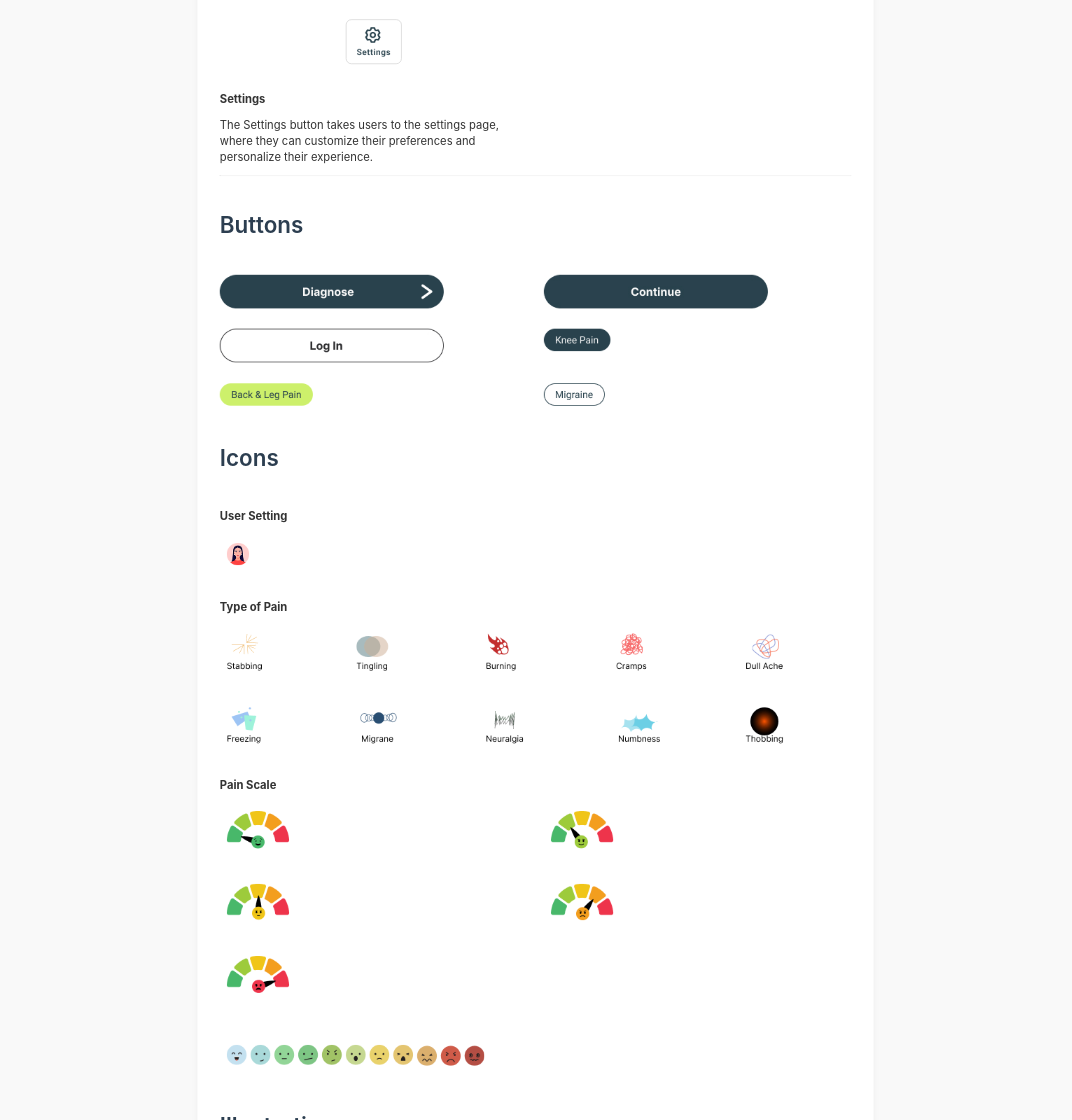
Repository: rosielee09/Heal_U
Page: graphics.html
The author's editor kept a copy of each file at every save. The page is drawn from the files as they stood at one save, then again after the next save.
The browser window is 1280 px wide. The page is 1532 px wide, so the pictures cover 1532 px, including what lies to the right of the window. The pictures show the part of the page from y = 782 to 2382 px (the page is 4514 px tall before and 4515 px after), at 70% of full size.

Above is the page before, as saved 2025-04-06 10:55:17.

After the next save:
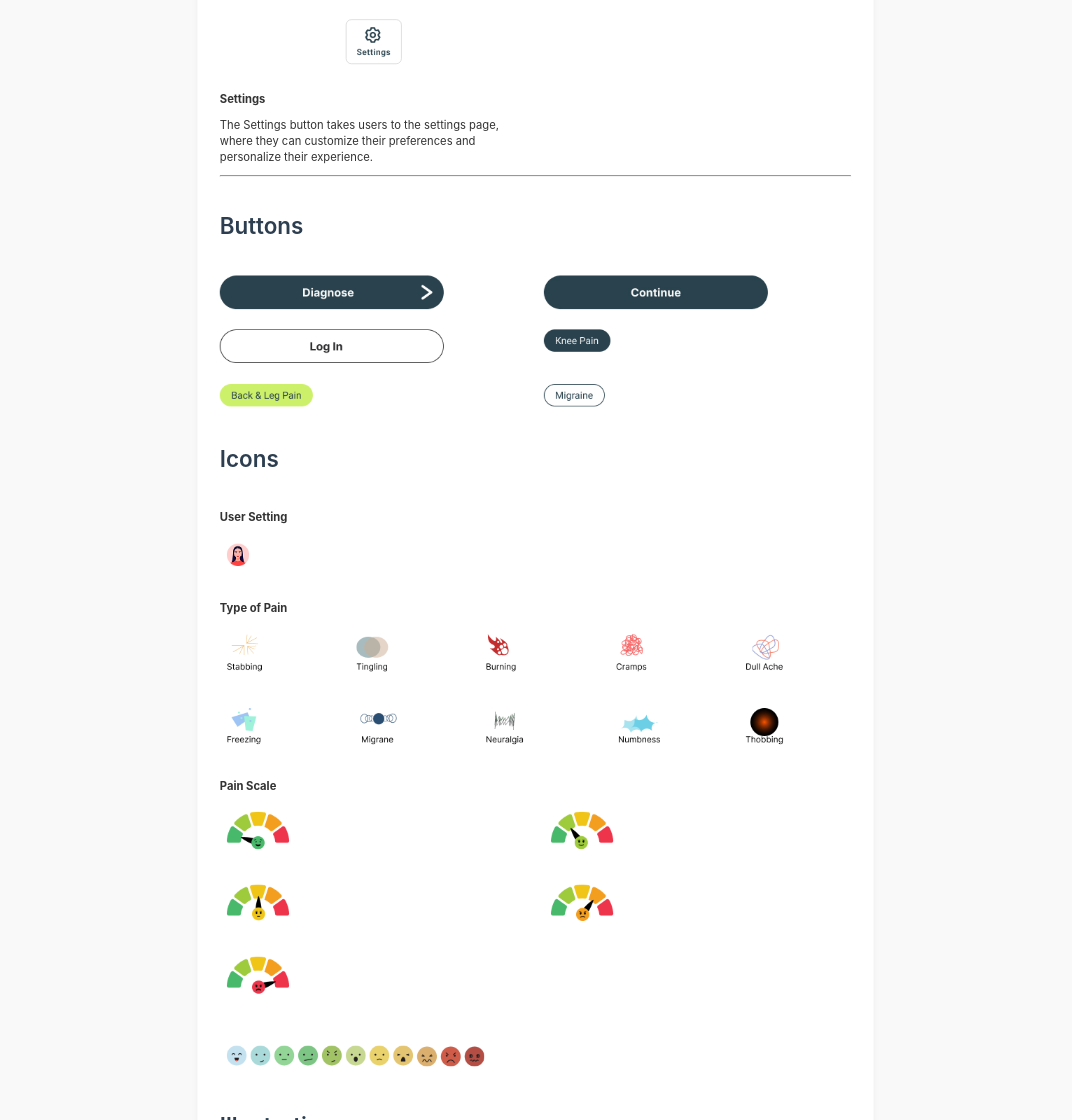
Saved 28 s later.
--- a/styles.css
+++ b/styles.css
@@ -12,7 +12,7 @@
 }
 
 hr {
-    border-top: 0.4px;
+    border-top: 0.4px solid;
 }
 
 /* Layout */

After the save that followed:
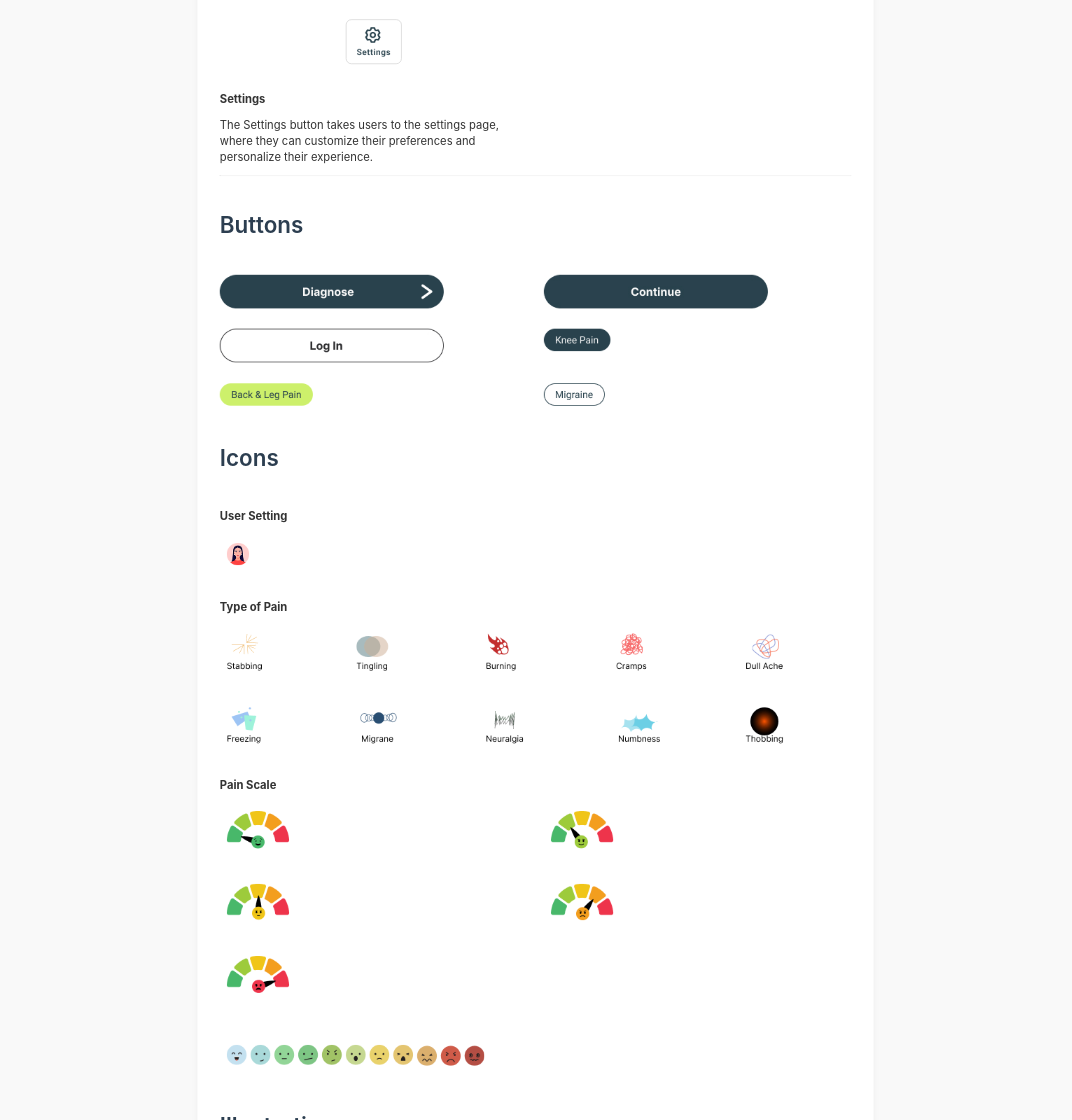
Saved 12 s later.
--- a/styles.css
+++ b/styles.css
@@ -12,7 +12,7 @@
 }
 
 hr {
-    border-top: 0.4px solid;
+    border-top: 0.4px lightgray;
 }
 
 /* Layout */
